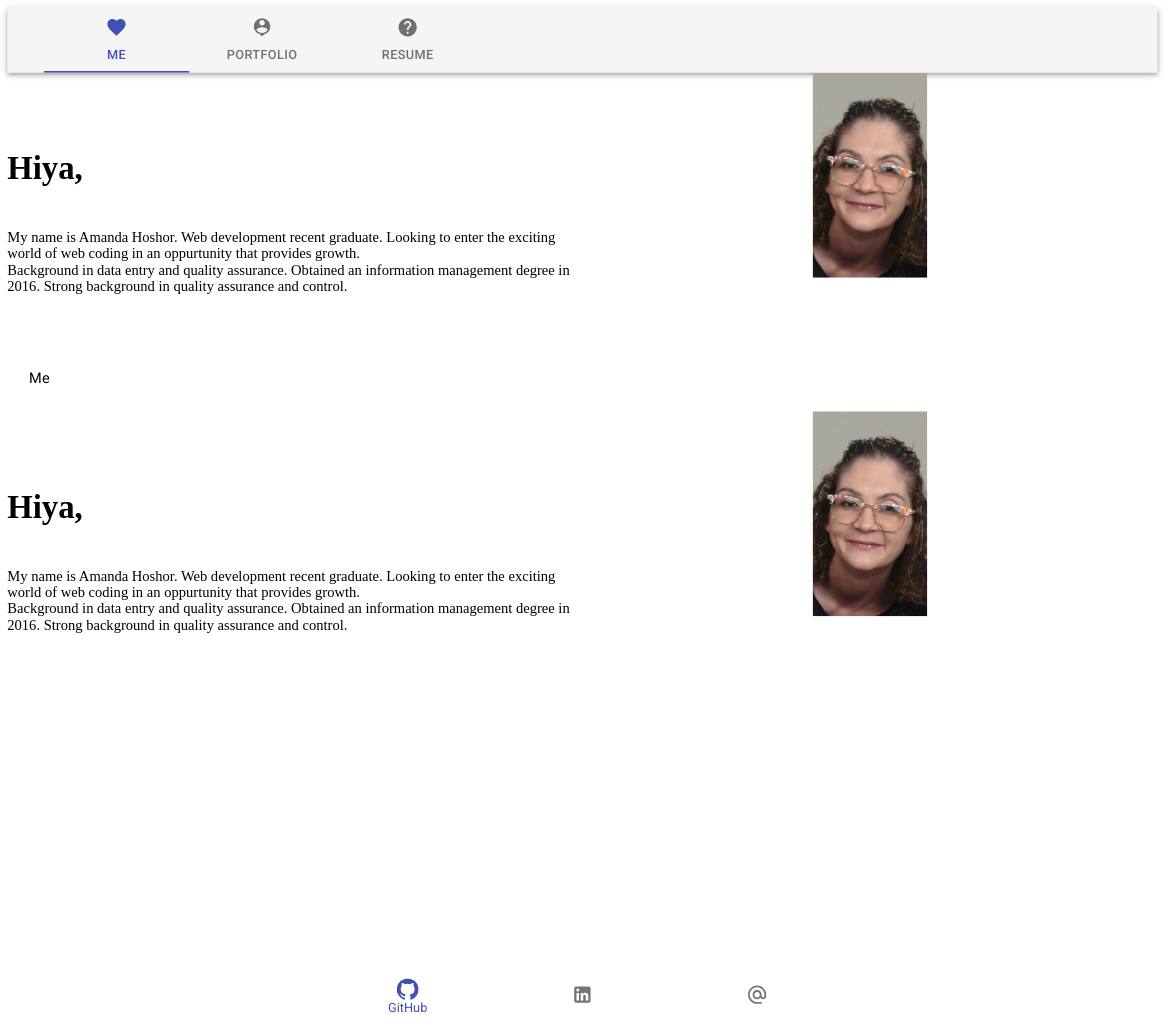
Repository: mandahos/hoshor
Page: /
These files come from the project's save history. The page is drawn as it stood at one moment and after the next save; the edit follows.
The browser window is 1280 px wide. The pictures show the whole page, at 91% of full size.
The project was rebuilt for these pictures with package versions that can differ from the ones it lists, and the page was loaded fresh each time. Also part of the build but not shown: src/components/Portfolio/index.js, src/components/Resume/index.js. Imported but missing from the stored project, and not drawn on this page: src/assets/resume/Amanda_Hoshor_Resume.PDF, src/assets/resume/Resume_Hoshor (1).pdf.

Above is the page before, as saved 2021-08-19 22:13:32.

After the next save:
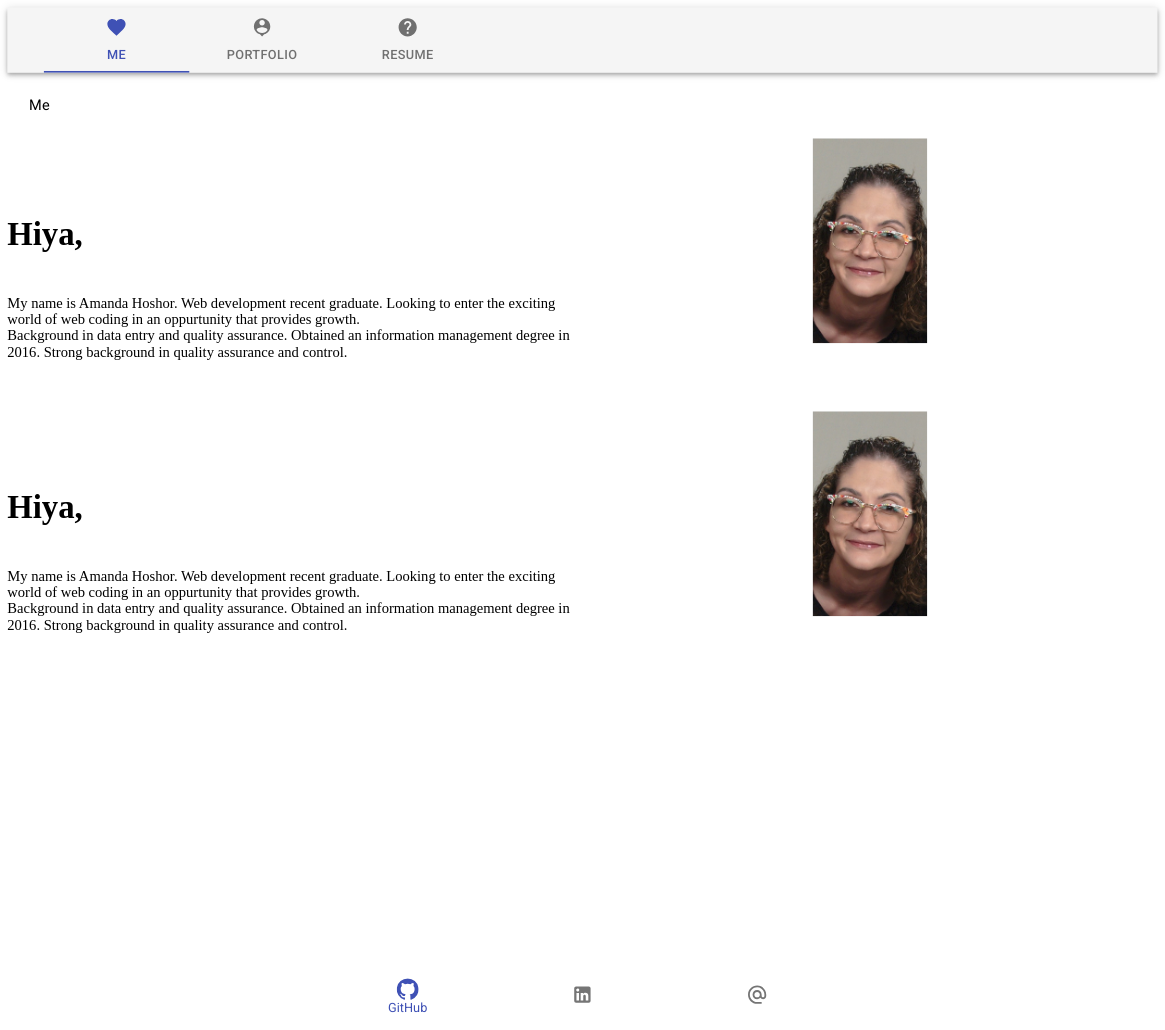
Saved 84 s later.
--- a/src/components/Navigation/index.js
+++ b/src/components/Navigation/index.js
@@ -86,9 +86,7 @@ export default function ScrollableTabsButtonForce() {
           </Tabs>
       </AppBar>
 
-      {value === 0 && <Me />}
-      {value === 1 && <Portfolio />}
-      {value === 2 && <Resume /> }
+
       <TabPanel value={value} index={0}  href="../Me/index.js">
       Me
       </TabPanel>
@@ -99,6 +97,10 @@ export default function ScrollableTabsButtonForce() {
         Resume
       </TabPanel>
 
+      {value === 0 && <Me />}
+      {value === 1 && <Portfolio />}
+      {value === 2 && <Resume /> }
+
     </div>
     </>
   );
